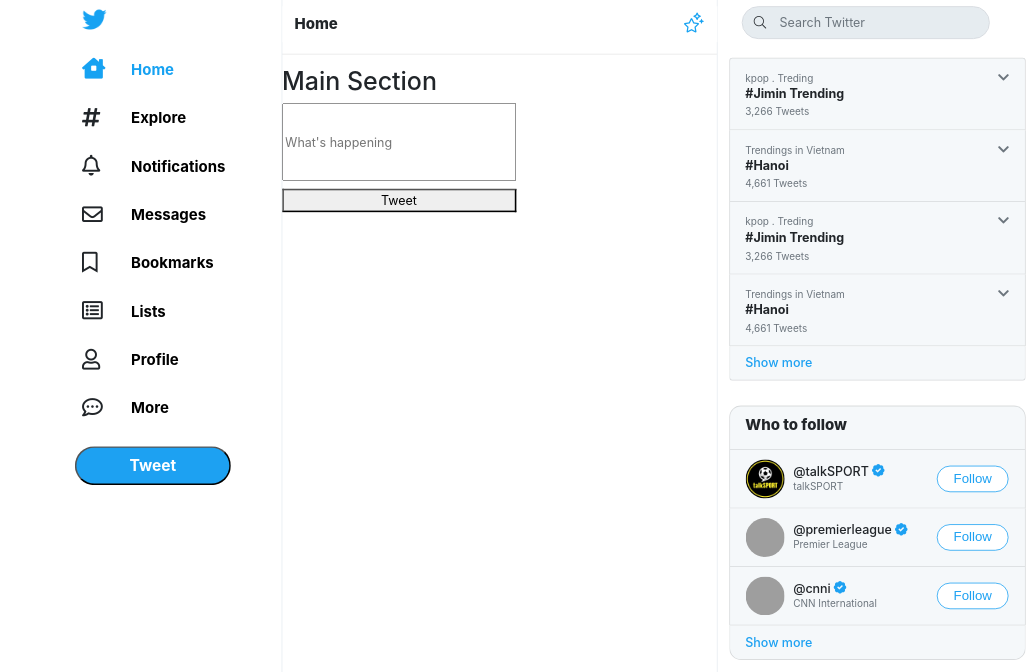
Repository: tts2610/Twitter-clone
Page: index.html
An editor plug-in stored every save of this project. The page is shown before and after the next save, followed by the edit.
The browser window is 1280 px wide. The page is 1315 px wide, then 1280 px, so the pictures cover 1315 px, including what lies to the right of the window. The pictures show the whole page, at 78% of full size.
Pictures or frames that could not be fetched are drawn as grey boxes.

Above is the page before, as saved 2020-05-23 15:23:26.

After the next save:
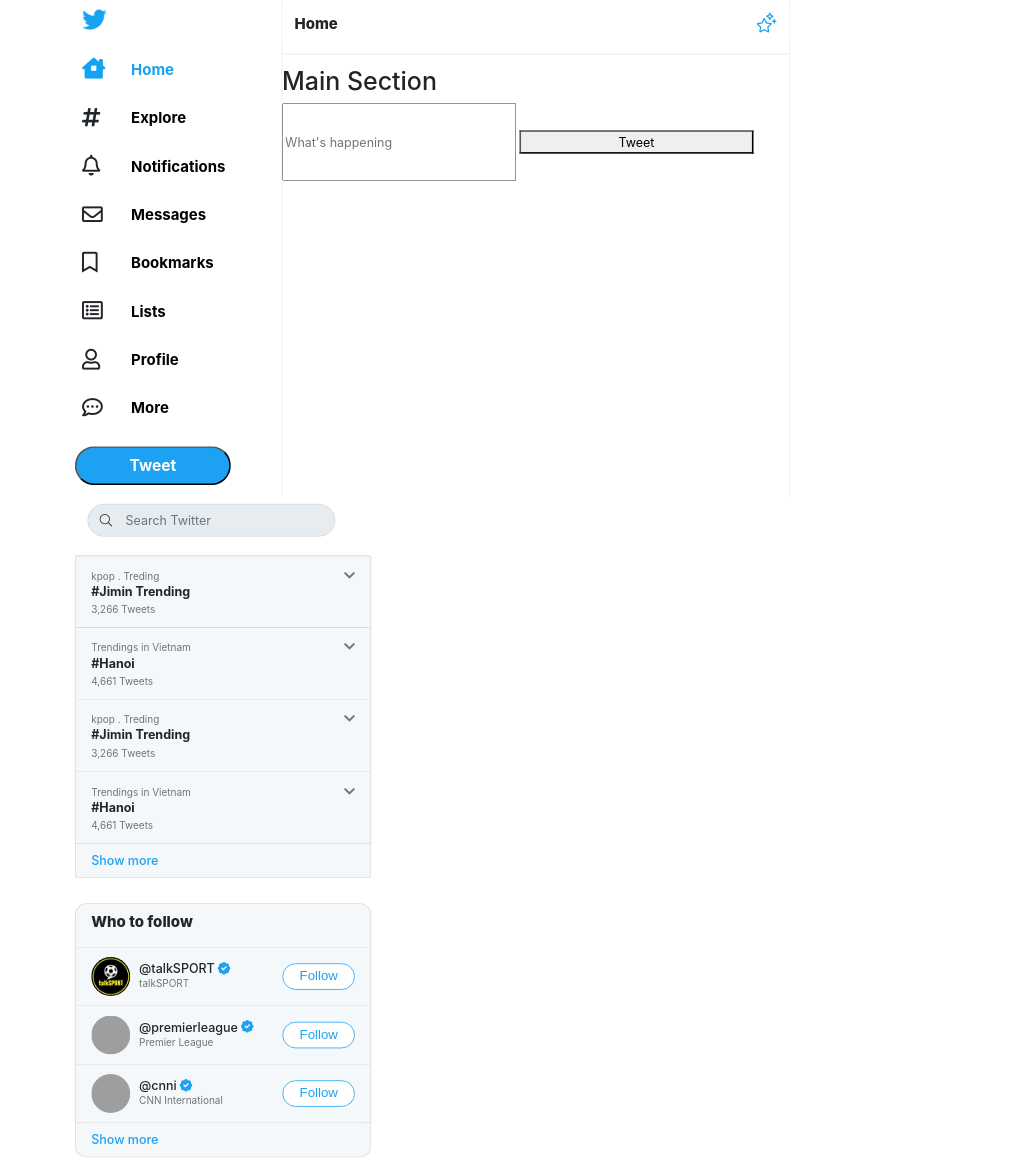
Saved 15 s later.
--- a/index.html
+++ b/index.html
@@ -87,7 +87,7 @@
                 </div>
             </div>
 
-            <div class="col-6" style="border-right: #e6ecf0 solid 1px; border-left: #e6ecf0 solid 1px; padding-left: 0px; padding-right: 0px;">
+            <div class="col-7" style="border-right: #e6ecf0 solid 1px; border-left: #e6ecf0 solid 1px; padding-left: 0px; padding-right: 0px;">
                 <nav class="navbar sticky-top navbar-light my-2" id="leftNav">
                     <span>Home</span>
                     <span style="color: #16a2f2;"><i class="fal fa-stars fa-lg"></i></span>
